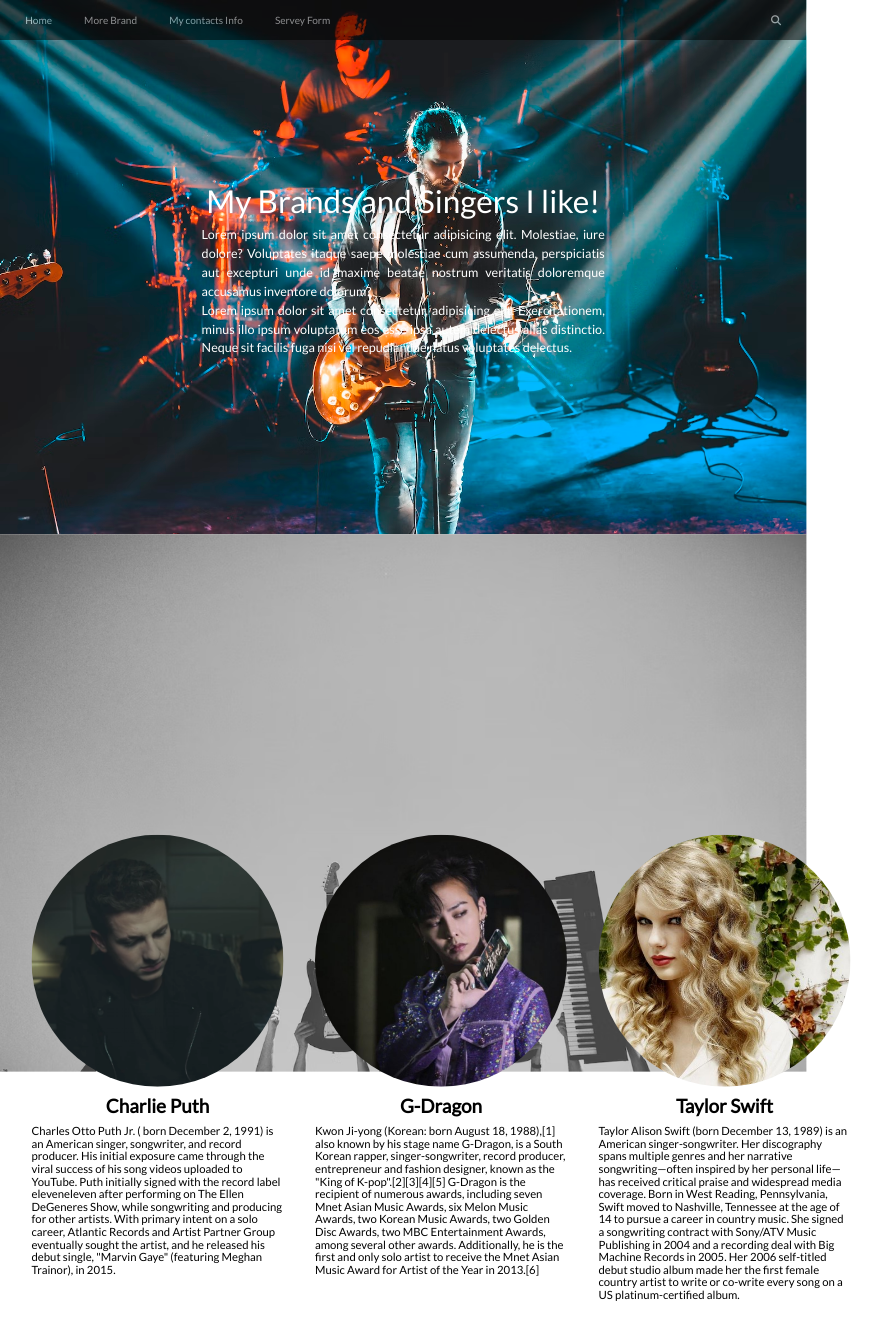
Repository: MinChea36/asm
Page: ASSM1.html
These files come from the project's save history. The page is drawn as it stood at one moment and after the next save; the edit follows.
The browser window is 1280 px wide. The page is 1400 px wide, so the pictures cover 1400 px, including what lies to the right of the window. The pictures show the whole page, at 63% of full size.

Above is the page before, as saved 2022-09-22 22:50:43.

### ASSM1.html
<!DOCTYPE html>
<html lang="en">
<head>
    <meta charset="UTF-8">
    <meta http-equiv="X-UA-Compatible" content="IE=edge">
    <meta name="viewport" content="width=device-width, initial-scale=1.0">
    <link rel="stylesheet" href="./resetcss.css">
    <link rel="stylesheet" href="./style.css">
    <link rel="stylesheet" href="https://cdnjs.cloudflare.com/ajax/libs/font-awesome/6.2.0/css/all.min.css">
    <link rel="stylesheet" href="https://fonts.googleapis.com/css?family=Lato">
    <title>AssignMent 1</title>
</head>
<body>
    <div class="top-menu">
        <div class="menu">
            <a href="#1">Home</a> |
            <a href="#2">More Brand</a> |
            <a href="#3">My contacts Info</a> |
            <a href="#4">Servey Form</a> |
        </div>
        <div class="search">
            <i class="fa-solid fa-magnifying-glass"></i>
        </div>
    </div>
    <div class="brand-singer">
        <img src="./photo-1598387993441-a364f854c3e1.avif" width="100%" alt="">
        <div class="brand-singer-in-img">
        <h2>My Brands and Singers I like!</h2>
        <p>Lorem ipsum dolor sit amet consectetur adipisicing elit. Molestiae, iure dolore? Voluptates itaque saepe molestiae cum assumenda, perspiciatis aut excepturi unde id maxime beatae nostrum veritatis doloremque accusamus inventore dolorum?<br>
            Lorem ipsum dolor sit amet consectetur, adipisicing elit. Exercitationem, minus illo ipsum voluptatum eos esse ipsa autem delectus alias distinctio. Neque sit facilis fuga nisi vel repudiandae natus voluptates delectus.
        </p>
        </div>
    </div>

    <div class="boxed">
        <img src="./photo-1445375011782-2384686778a0.avif" width="100%" alt="">
        <div class="singers-like">
            <div class="row">
                <div class="card-img">
                   <img src="./643a87-Charlie-Puth-Claims-Hes-Done-Writing-Love-Ballads-And-Is-Bring-His-Dark-Thoughts-To-His-New-Album-feature.webp" alt="">
                </div>
                <div class="singers-text">
                <h2>Charlie Puth</h2>
                <p>Charles Otto Puth Jr. ( born December 2, 1991) is an American singer, songwriter, and record producer. His initial exposure came through the viral success of his song videos uploaded to YouTube. Puth initially signed with the record label eleveneleven after performing on The Ellen DeGeneres Show, while songwriting and producing for other artists. With primary intent on a solo career, Atlantic Records and Artist Partner Group eventually sought the artist, and he released his debut single, "Marvin Gaye" (featuring Meghan Trainor), in 2015.</p>
                </div>
            </div>
            <div class="row">
                <div class="card-img">
                   <img src="/G-Dragon-elle-man-1.jpg" alt="">
                </div>
                <div class="singers-text">
                <h2>G-Dragon</h2>
                <p>Kwon Ji-yong (Korean: born August 18, 1988),[1] also known by his stage name G-Dragon, is a South Korean rapper, singer-songwriter, record producer, entrepreneur and fashion designer, known as the "King of K-pop".[2][3][4][5] G-Dragon is the recipient of numerous awards, including seven Mnet Asian Music Awards, six Melon Music Awards, two Korean Music Awards, two Golden Disc Awards, two MBC Entertainment Awards, among several other awards. Additionally, he is the first and only solo artist to receive the Mnet Asian Music Award for Artist of the Year in 2013.[6]</p>
                </div>
            </div>
            <div class="row">
                <div class="card-img">
                   <img src="images814767taylorsw-c29a.jpg" alt="">
                </div>
                <div class="singers-text">
                <h2>Taylor Swift</h2>
                <p>Taylor Alison Swift (born December 13, 1989) is an American singer-songwriter. Her discography spans multiple genres and her narrative songwriting—often inspired by her personal life—has received critical praise and widespread media coverage. Born in West Reading, Pennsylvania, Swift moved to Nashville, Tennessee at the age of 14 to pursue a career in country music. She signed a songwriting contract with Sony/ATV Music Publishing in 2004 and a recording deal with Big Machine Records in 2005. Her 2006 self-titled debut studio album made her the first female country artist to write or co-write every song on a US platinum-certified album.</p>
            </div>
            </div>
        </div>
    </div>


</body>
</html>

### resetcss.css
*,
*::before,
*::after {
  box-sizing: border-box;
}
* {
  margin: 0;
  padding: 0;
  font: inherit;
}
body {
  line-height: 1.5;
}
img,
picture,
video,
canvas,
svg {
  display: block;
  max-width: 100%;
}
input,
button,
textarea,
select {
  outline: none;
}
p,
h1,
h2,
h3,
h4,
h5,
h6 {
  overflow-wrap: break-word;
}

### style.css
body {
    padding: 0;
    margin: 0;
    font-family: "Lato", sans-serif;
}
.top-menu {
    display: flex;
    justify-content: space-between;
    background-color: black;
    padding: 20px;
    position: fixed;
    top: 0;
    left: 0;
    z-index: 2;
    right: 0;
    opacity: 0.5;
}
.menu a{
    color: white;
    text-decoration: none;
    padding: 0 20px;
}
.menu a:hover {
    color: red;
}
.search i {
    color: white;
    padding-right: 20px;
}
.brand-singer {
    position: relative;
}
.brand-singer-in-img {
    position: absolute;
    top: 50%;
    left: 50%;
    transform: translate(-50%, -50%);
    color: white;
    text-align: center;
}
.brand-singer h2 {
    font-size: 50px;
}
.brand-singer p {
    text-align: justify;
    font-size: 20px;
}
.boxed {
   position: relative;
}
.singers-like {
    position: absolute;
    top: 50%;
    display: grid;
    grid-template-columns: repeat(3,1fr);
    grid-column-gap: 50px;
    padding: 50px 50px;
    line-height: 20px;
}
.singers-text h2 {
    margin-top: 20px;
    margin-bottom: 20px;
    text-align: center;
    font-size: 30px;
    font-weight: bold;
}
.singers-text p {
    font-size: 18px;
}
.card-img {
    border-radius: 50%;
    width: 400px;
    height: 400px;
    overflow: hidden;
    margin: 0 auto;
}
.card-img img{
    width: 100%;
    height: 100%;
    object-fit: cover;
}

After the next save:
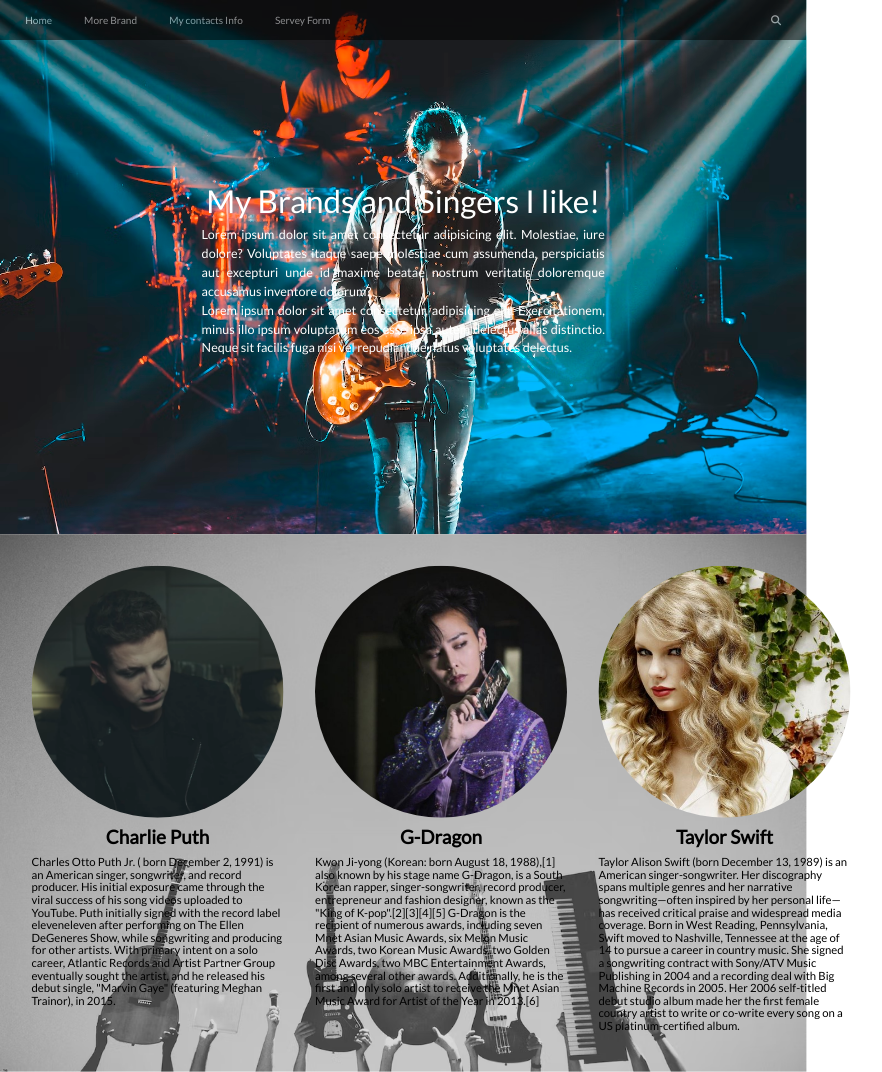
Saved 7 s later.
--- a/style.css
+++ b/style.css
@@ -50,7 +50,8 @@
 }
 .singers-like {
     position: absolute;
-    top: 50%;
+    top: 0;
+    left: ;
     display: grid;
     grid-template-columns: repeat(3,1fr);
     grid-column-gap: 50px;

After the 4 saves that followed:
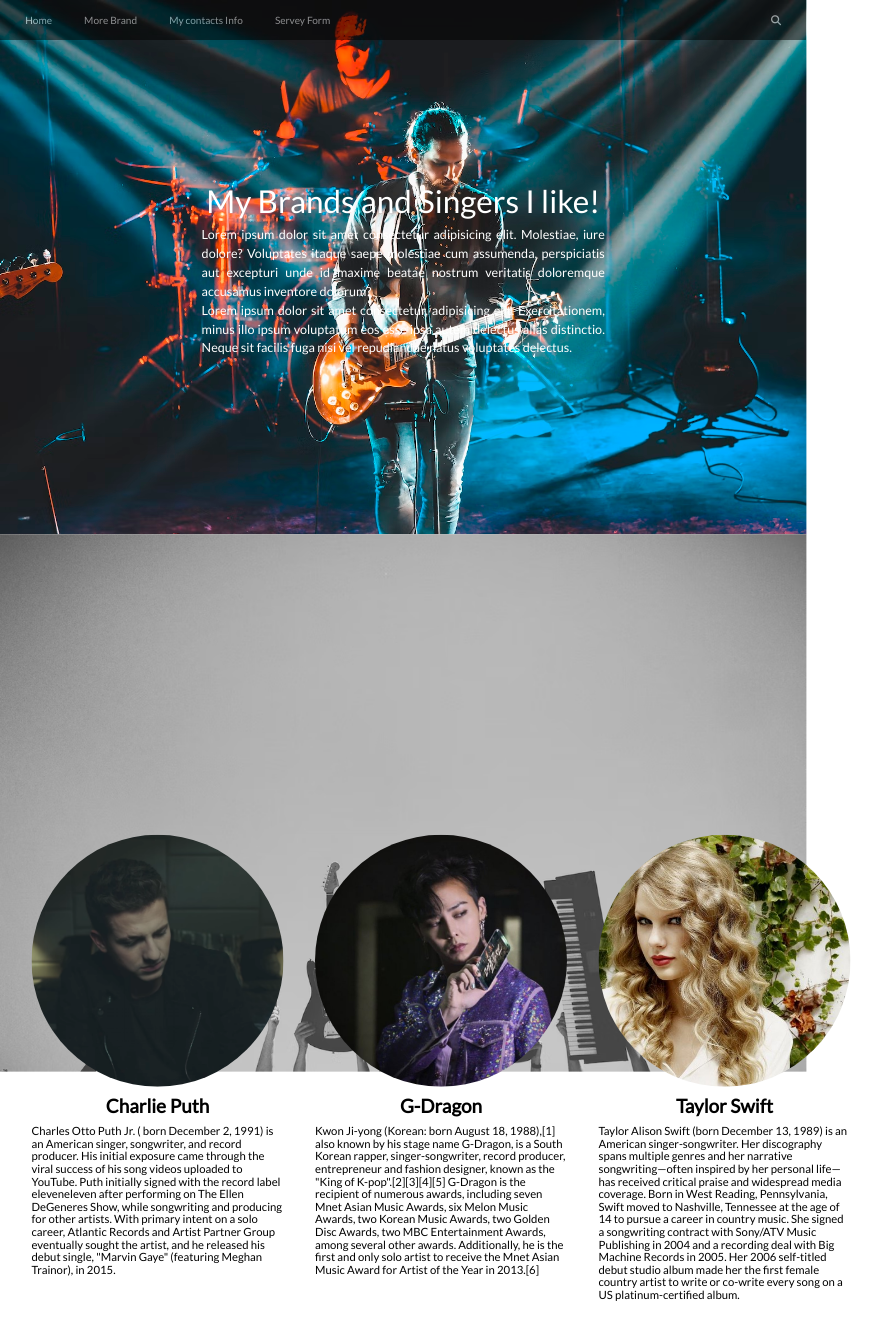
The 4 saves are shown as one change because they came seconds apart.
The last was saved 15 s later.
--- a/style.css
+++ b/style.css
@@ -50,8 +50,8 @@
 }
 .singers-like {
     position: absolute;
-    top: 0;
-    left: ;
+    top: 50%;
+    left: 0;
     display: grid;
     grid-template-columns: repeat(3,1fr);
     grid-column-gap: 50px;
